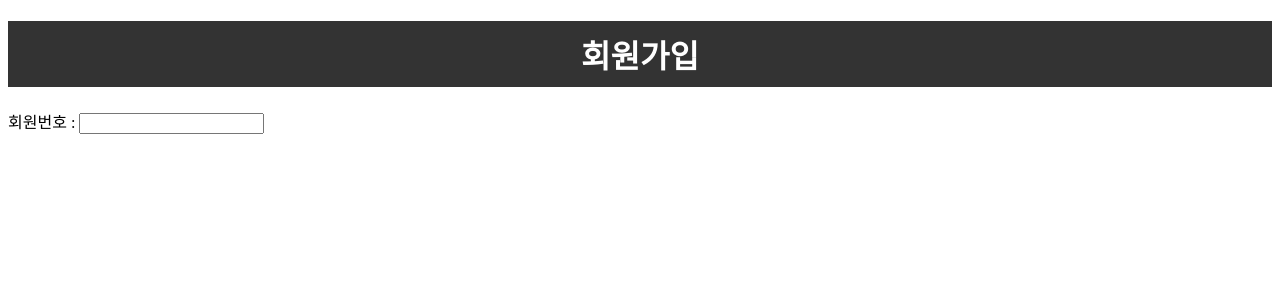
Repository: hiiiiiilim/Servlet-JSP-Workspace
Page: http://localhost/join/register.jsp
The author's editor kept a copy of each file at every save. The page is drawn from the files as they stood at one save, then again after the next save.
The browser window is 1280 px wide. The pictures show the whole page.
The page is served by Tomcat 9.

Above is the page before, as saved 2023-11-07 01:37:49.

After the next save:
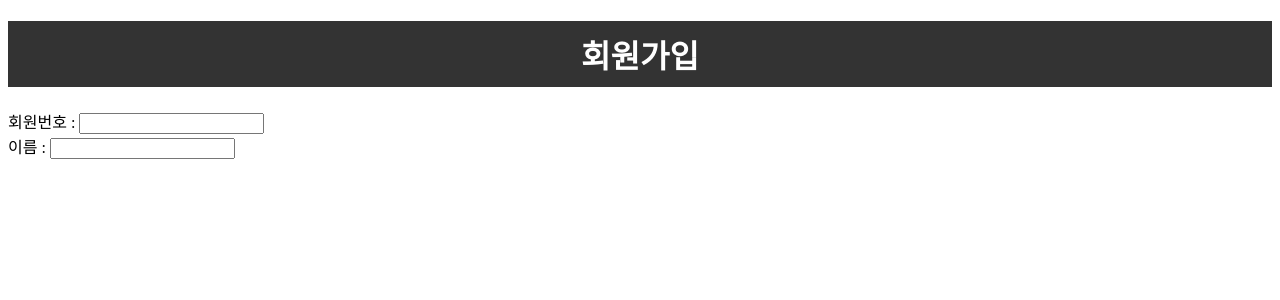
Saved 29 s later.
--- a/join/src/main/webapp/register.jsp
+++ b/join/src/main/webapp/register.jsp
@@ -11,7 +11,10 @@
 <h1>회원가입</h1>
 <form action="RegisterServlet" method="post">
 	<label for = "mno">회원번호 :</label>
-	<input type="text" id="mno" name = "mno" required>
+	<input type="text" id="mno" name = "mno" required><br>
+
+	<label for = "mname">이름 :</label>
+	<input type="text" id="mno" name = "mno" required><br>
 </form>
 </body>
 </html>
